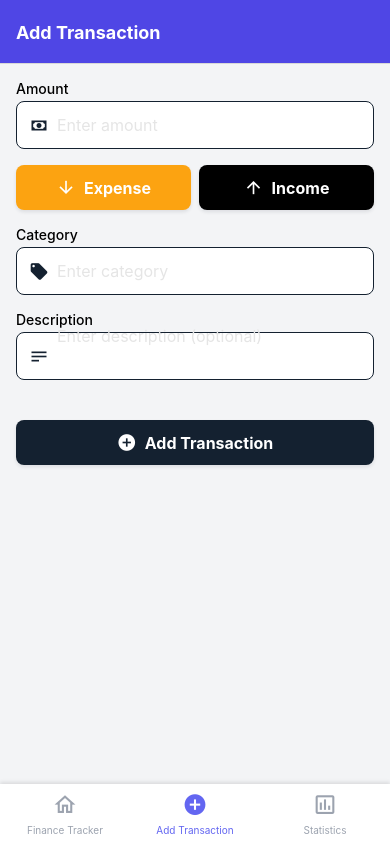
Repository: FarhanAryadi/FinTrack
Screen: /Add
The author's editor kept a copy of each file at every save. The screen is drawn from the files as they stood at one save, then again after the next save.
The page's requests for data from a server got no answer. The app was drawn by React Native's web renderer in a window 390 px wide. The project was rebuilt for these pictures with package versions that can differ from the ones it lists, and the page was loaded fresh each time. No one was signed in, and anything a server would have sent is missing. Also part of the build but not shown: src/components/transactions/TransactionCard.tsx, src/screens/StatisticsScreen.tsx.

Above is the screen before, as saved 2025-03-06 12:56:08.

After the next save:
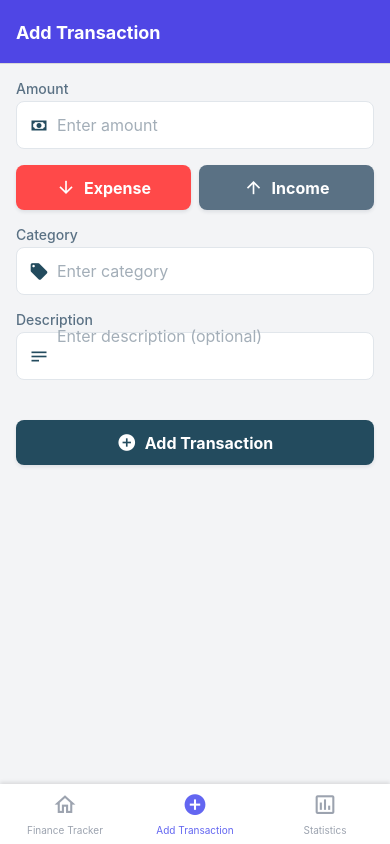
Saved 7 min 27 s later.
--- a/src/constants/colors.ts
+++ b/src/constants/colors.ts
@@ -1,56 +1,70 @@
 export const colors = {
 	// Primary Colors
 	primary: {
-		dark: '#000000', // Black
-		main: '#142130', // Navy Blue
-		light: '#FCA311', // Orange
-		surface: '#E5E5E5', // Light Gray
+		dark: '#1B3242',    // Dark Teal
+		main: '#234B5E',    // Teal
+		light: '#C1FF3F',   // Neon Green
+		surface: '#F4F6F8', // Light Gray
+	},
+
+	// Accent Colors
+	accent: {
+		purple: '#E9DEFF',  // Light Purple
+		green: '#C1FF3F',   // Neon Green
+		teal: '#234B5E',    // Teal
 	},
 
 	// Status Colors
 	success: {
-		light: '#16a34a',
-		main: '#142130', // Using Navy for success
-		dark: '#000000',
-		surface: '#E5E5E5',
+		light: '#C1FF3F',   // Neon Green
+		main: '#9FD82B',    // Darker Green
+		dark: '#8AC123',    // Even Darker Green
+		surface: '#F5FFF0',
 	},
 	danger: {
-		light: '#FCA311', // Using Orange for danger
-		main: '#FCA311',
-		dark: '#d97706',
-		surface: '#fff7ed',
+		light: '#FF6B6B',
+		main: '#FF4949',
+		dark: '#E53E3E',
+		surface: '#FFF5F5',
 	},
 	warning: {
-		light: '#FCA311',
-		main: '#FCA311', // Orange
-		dark: '#d97706',
-		surface: '#fff7ed',
+		light: '#FFD93D',
+		main: '#FFC107',
+		dark: '#F9A825',
+		surface: '#FFFBEB',
 	},
 
 	// Neutral Colors
-	background: '#E5E5E5', // Light Gray
-	card: '#ffffff',
-	border: '#142130', // Navy Blue
+	background: '#F4F6F8',  // Light Gray Background
+	card: '#FFFFFF',
+	border: '#E1E6EB',
 
 	// Text Colors
 	text: {
-		primary: '#142130', // Navy Blue
-		secondary: '#000000', // Black
-		disabled: '#E5E5E5', // Light Gray
-		inverse: '#ffffff', // White
+		primary: '#1B3242',   // Dark Teal
+		secondary: '#5A7184', // Medium Gray
+		disabled: '#A3AEB8',  // Light Gray
+		inverse: '#FFFFFF',   // White
 	},
 
 	// Transaction Types
 	transaction: {
 		income: {
-			light: '#142130',
-			main: '#142130', // Navy Blue
-			dark: '#000000',
+			light: '#C1FF3F',  // Neon Green
+			main: '#9FD82B',   // Darker Green
+			dark: '#8AC123',   // Even Darker Green
 		},
 		expense: {
-			light: '#FCA311',
-			main: '#FCA311', // Orange
-			dark: '#d97706',
+			light: '#FF6B6B',
+			main: '#FF4949',
+			dark: '#E53E3E',
 		},
 	},
+
+	// Card Gradients
+	gradients: {
+		primary: ['#234B5E', '#1B3242'],
+		success: ['#C1FF3F', '#9FD82B'],
+		purple: ['#E9DEFF', '#D4BBFF'],
+	},
 };
